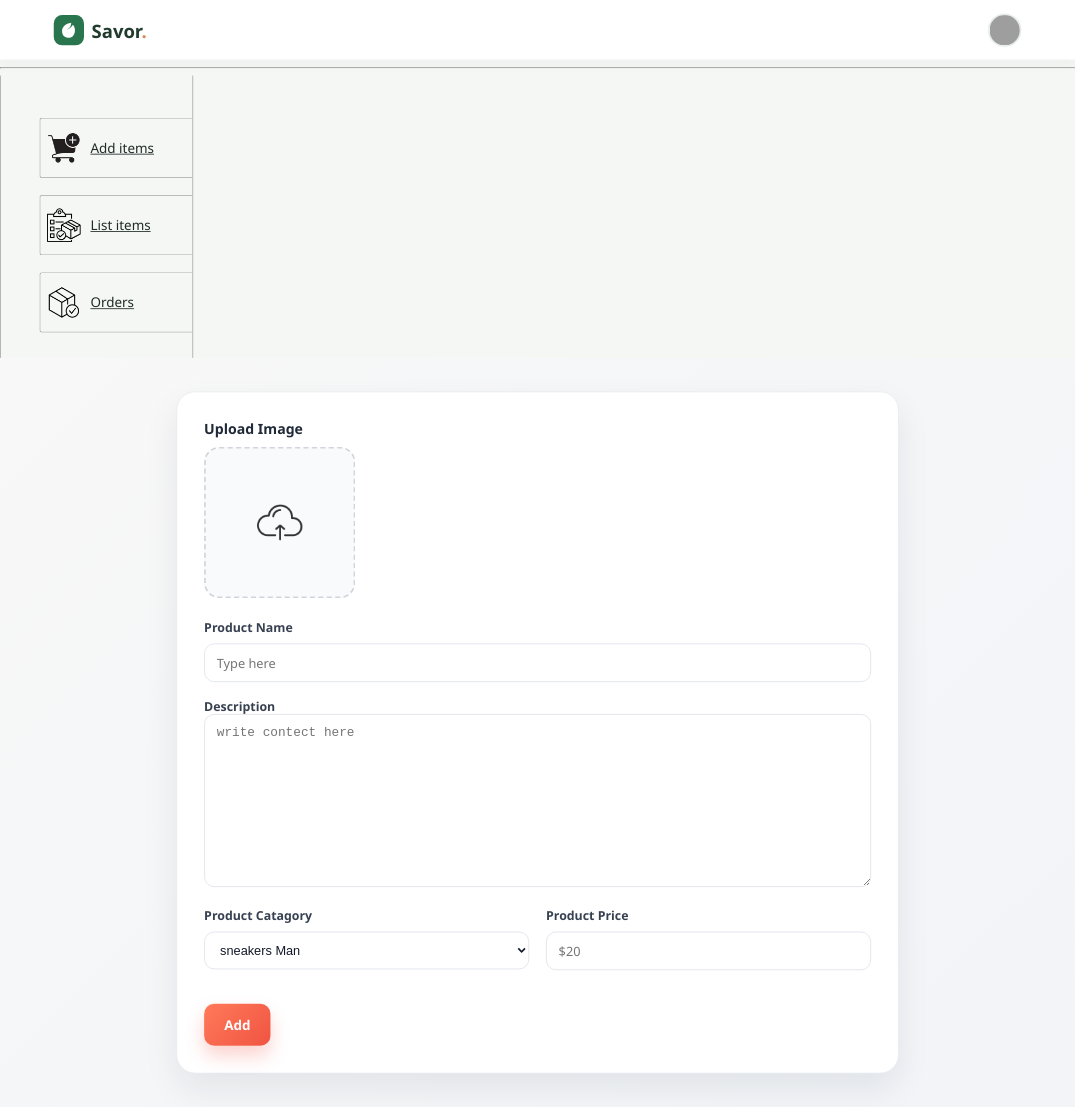
Repository: prince44991/Ecommerce-Project-Full-Stack
Page: /Additem (app in admin/my-react-app/)
These files come from the project's save history. The page is drawn as it stood at one moment and after the next save; the edit follows.
The browser window is 1280 px wide. The pictures show the whole page, at 84% of full size.
Pictures or frames that could not be fetched are drawn as grey boxes. The project was rebuilt for these pictures with package versions that can differ from the ones it lists, and the page was loaded fresh each time. Also part of the build but not shown: admin/my-react-app/vite.config.js, admin/my-react-app/src/pages/Order/Order.jsx, admin/my-react-app/src/pages/List/List.jsx.

Above is the page before, as saved 2026-09-29 21:18:27.

### admin/my-react-app/index.html
<!doctype html>
<html lang="en">
  <head>
    <meta charset="UTF-8" />
    <link rel="icon" type="image/svg+xml" href="/favicon.svg" />
    <meta name="viewport" content="width=device-width, initial-scale=1.0" />
    <title>my-react-app</title>
  </head>
  <body>
    <div id="root"></div>
    <script type="module" src="/src/main.jsx"></script>
  </body>
</html>

### admin/my-react-app/src/index.css
:root {
  font-family: 'DM Sans', 'Segoe UI', sans-serif;
  font-synthesis: none;
  text-rendering: optimizeLegibility;
  -webkit-font-smoothing: antialiased;
  -moz-osx-font-smoothing: grayscale;
  font-optical-sizing: auto;
  font-weight: 400;
  color: #202a27;
  background: #f5f7f5;
}

* {
  box-sizing: border-box;
}

body {
  min-width: 320px;
  min-height: 100vh;
  margin: 0;
}

button,
input {
  font: inherit;
}

a {
  color: inherit;
}

### admin/my-react-app/src/App.jsx
import Navbar from './components/Navbar/Navbar.jsx'
import Sliderbar from './components/Sliderbar/Sliderbar.jsx'
import { BrowserRouter, Route, Routes } from "react-router-dom"
import Add from './pages/Add/Add.jsx'
import Order from './pages/Order/Order.jsx'
import List from './pages/List/List.jsx'
function App() {
  return (
    <>
    <BrowserRouter>
    <Navbar />
    <hr/>
    <Sliderbar/>
    <Routes>
      <Route path='/Additem' element={<Add/>} />
      <Route path='/Listitem' element={<List/>} />
      <Route path='/Orders' element={<Order/>} />
    </Routes>
    </BrowserRouter>
    </>
  )
}

export default App

### admin/my-react-app/src/components/Navbar/Navbar.jsx
import React from 'react'
import './Navbar.css'

const Navbar = () => {
  return (
    <header className="navbar">
      <a className="navbar__brand" href="#dashboard" aria-label="Savor admin dashboard">
        <span className="navbar__logo" aria-hidden="true">
          <svg viewBox="0 0 32 32" fill="none">
            <path d="M16 27c-6.2 0-10-4.2-10-9.7C6 11.6 10.5 6 19.5 5c-.2 5.6-2.7 8.3-6.8 10.2 3.4-1.1 7-3.7 9.2-7.4C27.7 14 24.8 27 16 27Z" fill="currentColor" />
            <path d="M9 23c3.2-4.2 6.1-6.3 10.8-8.4" stroke="white" strokeWidth="1.8" strokeLinecap="round" />
          </svg>
        </span>
        <span className="navbar__name">Savor<span>.</span></span>
      </a>

      <img
        className="navbar__avatar"
        src="https://images.unsplash.com/photo-1534528741775-53994a69daeb?auto=format&fit=crop&w=128&h=128&q=80"
        alt="Admin profile"
      />
    </header>
  )
}

export default Navbar

### admin/my-react-app/src/components/Sliderbar/Sliderbar.jsx
import React from 'react'
import './Sliderbar.css'
import item from '../../assets/add-to-cart.png';
import list from '../../assets/list-items.png';
import order from '../../assets/package.png';
import { NavLink } from 'react-router-dom';
const Sliderbar = () => {
  return (
    <div>
    <div className="sidebar">
        <div className="sidbar-options">
            <div className="sidbar-option">
                <img src={item} alt="" />
                <NavLink to="/Additem"><p className='par'>Add items</p></NavLink>
            </div>
            <div className="sidbar-option">
                <img src={list} alt="" />
                <NavLink to="/Listitem"><p className='par'>List items</p></NavLink>
            </div>
            <div className="sidbar-option">
                <img src={order} alt="" />
                <NavLink to="/Orders"><p className='par'>Orders</p></NavLink>
            </div>
        </div>
    </div>
    </div>
  )
}

export default Sliderbar

### admin/my-react-app/src/pages/Add/Add.jsx
/** @format */

import React from "react";
import cloud from "../../assets/cloud-computing.png";
import "./Add.css";
const Add = () => {
  return (
    <div className="add">
      <form>
        <div className="add-img-upload flex-col mt-4">
          <h4>Upload Image</h4>
          <label htmlFor="image">
            <img src={cloud} />
          </label>
          <input type="file" id="image" hidden required />
        </div>
        <div className="add-product-name flex-col">
          <p>product name</p>
          <input type="text" name="name" placeholder="Type here" id="image" />
        </div>
        <div className="add-product-description">
          <p>description</p>
          <textarea
            name="description"
            rows="10"
            cols="30"
            placeholder="write contect here"
          ></textarea>
        </div>
        <div className="add-catagory-price">
          <div className="add-catagory flex-col">
            <p>Product catagory</p>
            <select name="catagory">
              <option value="sneakers Man">sneakers Man</option>
              <option value="Loafers">Loafers</option>
              <option value="Sports & Athletic Shoes">
                Sports & Athletic Shoes
              </option>
              <option value="Oxfords">Oxfords</option>
              <option value="Chelsea Boots">Chelsea Boots</option>
              <option value="Flats / Ballerinas">Flats / Ballerinas</option>
              <option value="Heels">Heels</option>
              {/* <option value="Chelsea Boots"></option> */}
            </select>
          </div>

          <div className="add-price flex-col">
            <p>product price</p>
            <input type="number" name="price" placeholder="$20" />
          </div>
        </div>
        <button>Add</button>
      </form>
    </div>
  );
};

export default Add;

### admin/my-react-app/src/components/Navbar/Navbar.css
.navbar {
	display: flex;
	width: 100%;
	min-height: 72px;
	align-items: center;
	justify-content: space-between;
	gap: 24px;
	padding: 0 clamp(18px, 5vw, 64px);
	border-bottom: 1px solid #e8eeea;
	background: #fff;
	box-shadow: 0 3px 14px rgb(30 59 43 / 5%);
}

.navbar__brand {
	display: inline-flex;
	flex: 0 0 auto;
	align-items: center;
	gap: 9px;
	color: #203a2d;
	text-decoration: none;
}

.navbar__logo {
	display: grid;
	width: 36px;
	height: 36px;
	place-items: center;
	border-radius: 10px;
	color: #fff;
	background: #28754e;
}

.navbar__logo svg {
	width: 26px;
	height: 26px;
}

.navbar__name {
	font-size: 22px;
	font-weight: 700;
}

.navbar__name span {
	color: #d98750;
}

.navbar__avatar {
	width: 40px;
	height: 40px;
	flex: 0 0 auto;
	border: 2px solid #e7eee9;
	border-radius: 50%;
	object-fit: cover;
	object-position: center 38%;
}

.navbar__brand:focus-visible {
	outline: 2px solid #28754e;
	outline-offset: 4px;
}

@media (max-width: 560px) {
	.navbar {
		min-height: 64px;
		gap: 18px;
		padding: 0 18px;
	}
}

### admin/my-react-app/src/components/Sliderbar/Sliderbar.css
img{
    width: 40px;
}

.sidebar{
    width: 18%;
     min-height: 100vh;
    border: 1.5px solid #a9a9a9;
    border-top: 0;
}
.sidbar-options{
    padding-top: 50px;
    padding-left: 20%;
    display: flex;
    flex-direction: column;
    gap: 20px;
}
.sidbar-option{
    display: flex;
     align-items: center;
    gap: 12px;
    border: 1px solid #a9a9a9;
    border-right: 0;
    padding: 8px;
    border-radius: 3px 0px 0px 3px;
    cursor: pointer;
     /* text-decoration: none; */
}
.par{
    text-decoration: none;
}

### admin/my-react-app/src/pages/Add/Add.css
.add {
  display: flex;
  justify-content: center;
  align-items: flex-start;
  padding: 40px 20px;
  background: linear-gradient(135deg, #f8f8f8 0%, #f2f4f8 100%);
  min-height: calc(100vh - 80px);
  margin-top:-30vw;
}

.add form {
  width: min(860px, 100%);
  background: #ffffff;
  border: 1px solid #e9ebf0;
  border-radius: 22px;
  padding: 32px;
  box-shadow: 0 18px 40px rgba(17, 24, 39, 0.08);
}

.flex-col {
  display: flex;
  flex-direction: column;
  gap: 10px;
}

.add-img-upload {
  margin-bottom: 24px;
}

.add-img-upload h4 {
  margin: 0;
  font-size: 1.05rem;
  font-weight: 700;
  color: #1f2937;
}

.add-img-upload label {
  width: 180px;
  height: 180px;
  border: 2px dashed #d1d5db;
  border-radius: 18px;
  background: #f9fafb;
  display: flex;
  justify-content: center;
  align-items: center;
  cursor: pointer;
  transition: all 0.25s ease;
}

.add-img-upload label:hover {
  border-color: #ff7a59;
  background: #fff4f1;
}

.add-img-upload img {
  width: 54px;
  height: 54px;
  object-fit: contain;
  opacity: 0.8;
}

.add-product-name,
.add-product-description,
.add-catagory,
.add-price {
  margin-bottom: 18px;
}

.add-product-name p,
.add-product-description p,
.add-catagory p,
.add-price p {
  margin: 0;
  font-size: 0.92rem;
  font-weight: 600;
  text-transform: capitalize;
  color: #374151;
}

.add input,
.add textarea,
.add select {
  width: 100%;
  border: 1px solid #dfe3ea;
  border-radius: 12px;
  padding: 12px 14px;
  background: #ffffff;
  color: #111827;
  font-size: 0.95rem;
  transition: border 0.2s ease, box-shadow 0.2s ease;
}

.add input:focus,
.add textarea:focus,
.add select:focus {
  outline: none;
  border-color: #ff855a;
  box-shadow: 0 0 0 4px rgba(255, 133, 90, 0.12);
}

.add textarea {
  min-height: 140px;
  resize: vertical;
}

.add-catagory-price {
  display: grid;
  grid-template-columns: repeat(2, minmax(220px, 1fr));
  gap: 20px;
  margin-bottom: 22px;
}

.add button {
  border: none;
  border-radius: 12px;
  background: linear-gradient(135deg, #ff7a59 0%, #f05442 100%);
  color: #fff;
  font-size: 1rem;
  font-weight: 700;
  padding: 14px 24px;
  cursor: pointer;
  transition: transform 0.2s ease, box-shadow 0.2s ease;
  box-shadow: 0 12px 22px rgba(240, 84, 66, 0.25);
}

.add button:hover {
  transform: translateY(-1px);
  box-shadow: 0 16px 28px rgba(240, 84, 66, 0.28);
}

@media (max-width: 640px) {
  .add {
    padding: 20px 14px;
  }

  .add form {
    padding: 20px 16px;
    border-radius: 16px;
  }

  .add-catagory-price {
    grid-template-columns: 1fr;
    gap: 14px;
  }

  .add-img-upload label {
    width: 100%;
    max-width: 210px;
    height: 150px;
  }
}

Loaded but not shown: admin/my-react-app/src/main.jsx (common file)

After the next save:
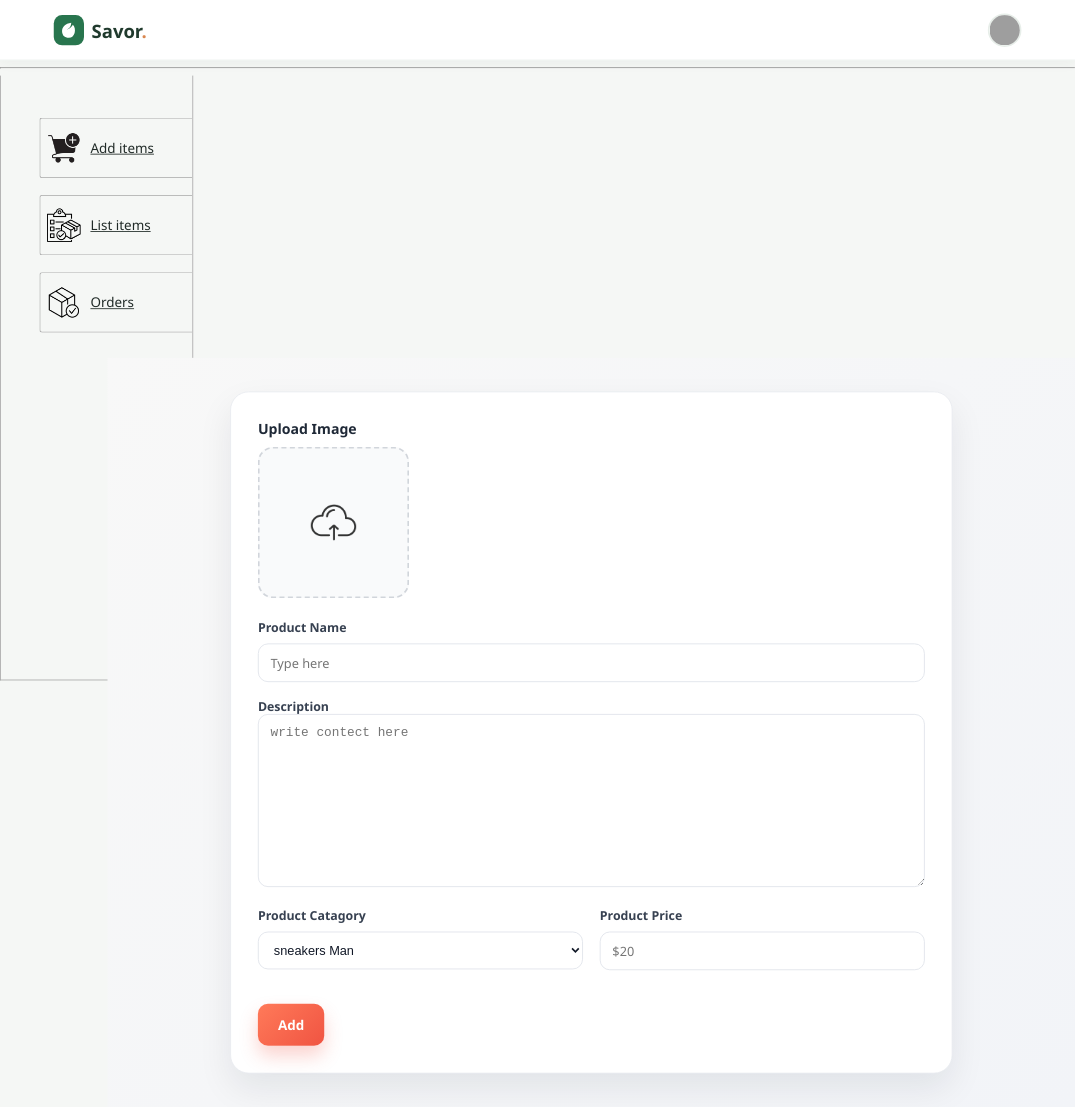
Saved 15 s later.
--- a/admin/my-react-app/src/pages/Add/Add.css
+++ b/admin/my-react-app/src/pages/Add/Add.css
@@ -6,6 +6,7 @@
   background: linear-gradient(135deg, #f8f8f8 0%, #f2f4f8 100%);
   min-height: calc(100vh - 80px);
   margin-top:-30vw;
+  margin-left: 10vw;
 }
 
 .add form {
